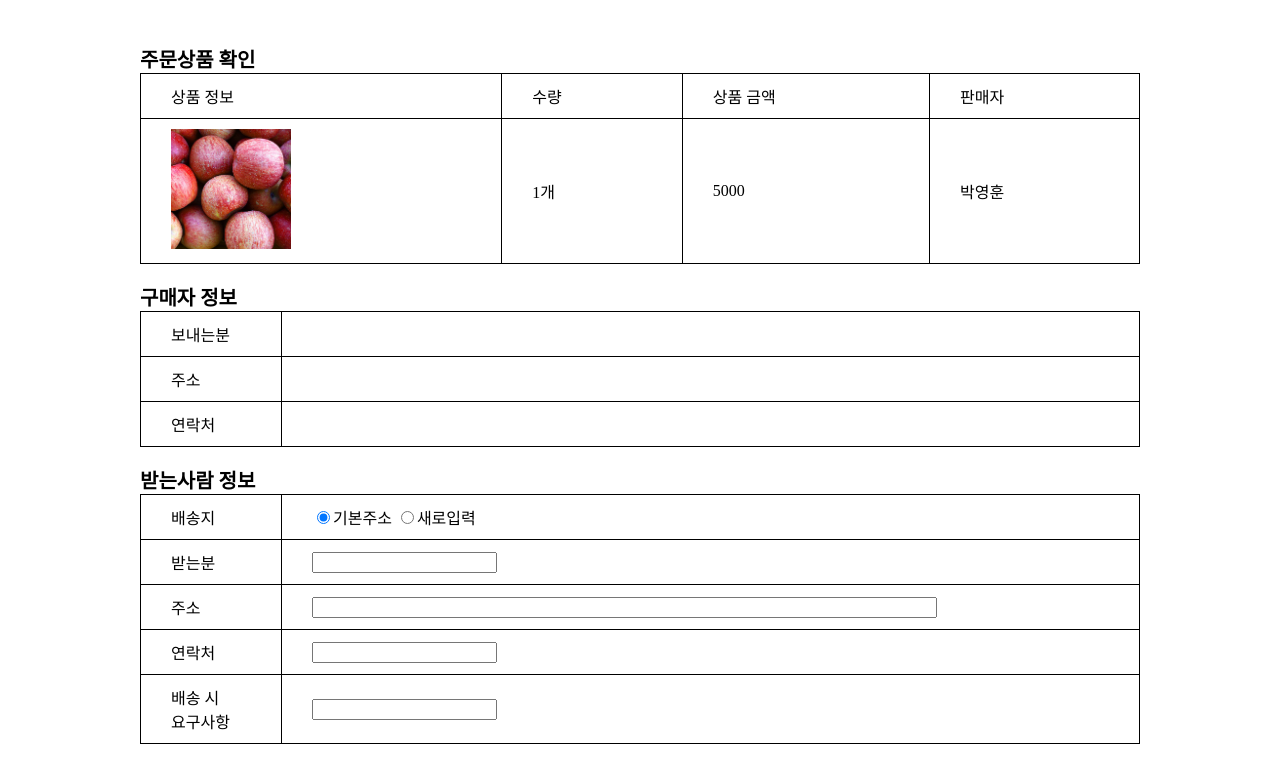
Repository: fellownew/project_workspace
Page: http://localhost/shoppingmall/WEB-INF/view/body/buyer/buyer_order_form.jsp
An editor plug-in stored every save of this project. The page is shown before and after the next save, followed by the edit.
The browser window is 1280 px wide. The pictures show the whole page.
The page is served by Tomcat 9. Nobody is signed in. Other server files are loaded and not shown. The template is opened directly, without the code that normally fills it, so the values that code supplies are empty.

Above is the page before, as saved 2015-06-04 02:37:17.

### shoppingmall/WebContent/WEB-INF/view/body/buyer/buyer_order_form.jsp
<%@ page contentType="text/html;charset=UTF-8"%>
<%@ taglib prefix="c" uri="http://java.sun.com/jsp/jstl/core"%>
<%@ taglib prefix="fn" uri="http://java.sun.com/jsp/jstl/functions"%>
<!DOCTYPE html>
<html>
<head>
<meta charset="UTF-8">
<link rel="stylesheet" type="text/css" href="<%=request.getContextPath()%>/css/order.css">
<title>Insert title here</title>
<script type="text/javascript" src="<%=request.getContextPath()%>/script/jquery.js"></script>
 <script type="text/javascript">

 $(document).ready(function(){
	 //만약에 상품을 구입하면, 장바구니에서 삭제 되게 해야한당.
	list = '${param.cart_list}';
	var varList = list.split(",");
	var list = new Array();
	for(var idx =0;idx<varList.length;idx++){
		list.push(varList[idx]);
	}

 });


 </script>
</head>

<script type="text/javascript">
	$(document).ready(function(){
		$("#test1").on("click",function(){
			//$("#td1").html($("#text1").val());
			//$("#td2").html($("#text2").val());
			//$("#td3").html($("#text3").val());
 			$("#text1").prop("readonly", true).val("${sessionScope.loginInfo.name}");
			$("#text2").prop("readonly", true).val("${sessionScope.loginInfo.address}");
			$("#text3").prop("readonly", true).val("${sessionScope.loginInfo.phone}");
		});
	});

	$(document).ready(function(){
		$("#test2").on("click",function(){
 			$("#text1").prop("readonly", false).val("");
			$("#text2").prop("readonly", false).val("");
			$("#text3").prop("readonly", false).val("");
			//$("#td1").html($("<input id='text1' value='" + $("#td1").html() + "'>"));
			//$("#td2").html($("<input id='text2' value='" + $("#td2").html() + "'>"));
			//$("#td3").html($("<input id='text3' value='" + $("#td3").html() + "'>"));
		});
	});
</script>



<body>
<!-- 	<fieldset style="height:500px"> -->

	<table class="center"><br><br>
		<caption style="text-align:left; font-weight:bold; font-size:20px" >주문상품 확인</caption>
		<thead>
			<tr>
				<td>상품 정보</td>
				<td>수량</td>
				<td>상품 금액</td>
				<td>판매자</td>
			</tr>
		</thead>

		<tbody>
			<tr>
				<td><img src="upimage/1433207674224.jpg" width="120px" height="120px"/></td>
				<td>1개</td>
				<td>5000</td>
				<td>박영훈</td>
			</tr>
		</tbody>
	</table>
	<br>

	<table class="center">
	<caption style="text-align:left; font-weight:bold; font-size:20px">구매자 정보</caption>
		<thead>
			<tr>
				<td style="width:80px; text-align:left">보내는분</td>
				<td style="text-align:left">${sessionScope.loginInfo.name}</td>
			</tr>
			<tr>
				<td>주소</td>
				<td style="text-align:left">${sessionScope.loginInfo.address}</td>
			</tr>
			<tr>
				<td>연락처</td>
				<td style="text-align:left">${sessionScope.loginInfo.phone}</td>
			</tr>
	</table><br>

	<table class="center">
	<caption style="text-align:left; font-weight:bold; font-size:20px">받는사람 정보</caption>
			<tr>
				<td style="width:80px">배송지</td>
				<td style="text-align:left">
					<input type="radio" name="delivery" id="test1" checked="checked">기본주소
					<input type="radio" name="delivery" id="test2">새로입력
				</td>
			</tr>
			<tr>
				<td>받는분</td>
				<td style="text-align:left"><input type="text" name="" id="text1" readonly="readonly" value="${sessionScope.loginInfo.name}"></td>
				<!-- <td style="text-align:left" id="td1">${sessionScope.loginInfo.name}</td>  -->
			</tr>
			<tr>
				<td>주소</td>
				<td style="text-align:left"><input type="text" size="75" name="" id="text2" readonly="readonly" value="${sessionScope.loginInfo.address}"></td>
				<!-- <td style="text-align:left" id="td2">${sessionScope.loginInfo.address}</td>-->
			</tr>
			<tr>
				<td>연락처</td>
				<td style="text-align:left"><input type="text" name="" id="text3" readonly="readonly" value="${sessionScope.loginInfo.phone }"></td>
				<!-- <td style="text-align:left" id="td3">${sessionScope.loginInfo.phone}</td>-->
			</tr>
			<tr>
				<td>배송 시<br>요구사항</td>
				<td style="text-align:left">
					<input type="text" id="" name="">
<!-- 					<select>
						<option>옥상 문 앞에 보관해주세요. 감사합니다.</option>
						<option>부재시 경비실에 맡겨주세요.</option>
						<option>빠른 배송 부탁드립니다.</option>
						<option>부재시 핸드폰으로 연락바랍니다.</option>
						<option>배송 전 연락바랍니다.</option>
					</select> -->
				</td>
			</tr>

		</thead>
	</table><br>
</body>
</html>

### shoppingmall/WebContent/css/order.css
div {
	font: 17px "맑은 고딕", 돋움;
}

td, th {
	padding: 10px 30px;
}

table, td, th {
	border: 1px #000 solid;
	border-collapse: collapse;		//서로 이웃하는 테이블이나 셀의 테두리선을 겹쳐서 표현
}
.productName{
font-weight : bold;
font-size:12px;

}
.productInfo{
font-size:10px;

}
.center {
 width:1000px;
 margin:0 auto;
}

Loaded but not shown: shoppingmall/WebContent/script/jquery.js (library)

After the next save:
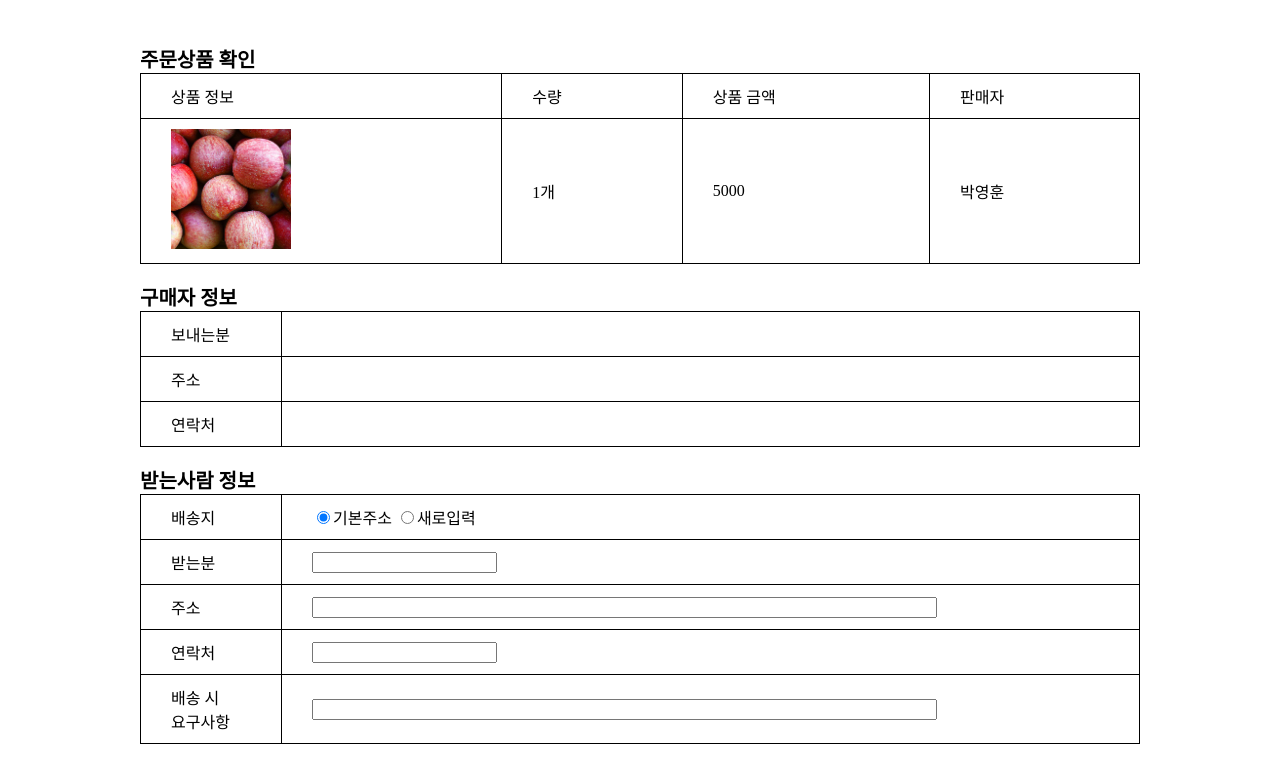
Saved 18 s later.
--- a/shoppingmall/WebContent/WEB-INF/view/body/buyer/buyer_order_form.jsp
+++ b/shoppingmall/WebContent/WEB-INF/view/body/buyer/buyer_order_form.jsp
@@ -120,7 +120,7 @@
 			<tr>
 				<td>배송 시<br>요구사항</td>
 				<td style="text-align:left">
-					<input type="text" id="" name="">
+					<input type="text" id="" name="" size="75">
 <!-- 					<select>
 						<option>옥상 문 앞에 보관해주세요. 감사합니다.</option>
 						<option>부재시 경비실에 맡겨주세요.</option>
